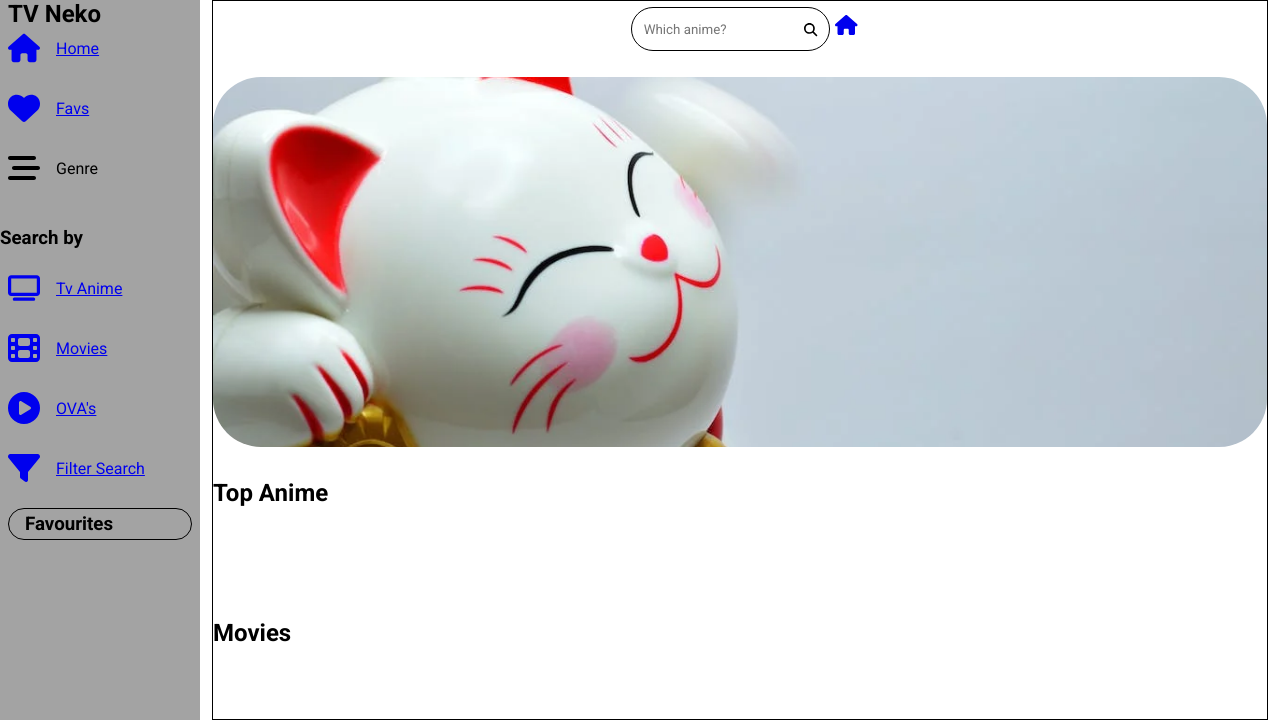
Repository: OwenMargiela/AnimeDatabse
Page: /
An editor plug-in stored every save of this project. The page is shown before and after the next save, followed by the edit.
The browser window is 1280 px wide. The pictures show the whole page.
The page's requests for data from a server got no answer. An inner scrolling area shows only its first screen. The project was rebuilt for these pictures with package versions that can differ from the ones it lists, and the page was loaded fresh each time. No one was signed in, and anything a server would have sent is missing. Also part of the build but not shown: src/Components/AnimeContainer.jsx, src/Pages/AnimePage/AnimePage.jsx, src/Components/Score.css, src/Components/Score.jsx, src/Components/AnimeDescription.jsx, src/Pages/AnimePage/AnimeInfo.jsx, src/Pages/AnimePage/AnimeGenre.jsx, src/Pages/FavouritesPage/Favourites.css and 7 more.

Above is the page before, as saved 2023-01-26 14:16:39.

### public/index.html
<!DOCTYPE html>
<html lang="en">
  <head>
    <meta charset="utf-8" />
    <link rel="icon" href="%PUBLIC_URL%/favicon.ico" />
    <meta name="viewport" content="width=device-width, initial-scale=1" />
    <meta name="theme-color" content="#000000" />
    <meta
      name="description"
      content="Web site created using create-react-app"
    />
    <link rel="apple-touch-icon" href="%PUBLIC_URL%/logo192.png" />
    <!--
      manifest.json provides metadata used when your web app is installed on a
      user's mobile device or desktop. See https://developers.google.com/web/fundamentals/web-app-manifest/
    -->
    <link rel="manifest" href="%PUBLIC_URL%/manifest.json" />
    <!--
      Notice the use of %PUBLIC_URL% in the tags above.
      It will be replaced with the URL of the `public` folder during the build.
      Only files inside the `public` folder can be referenced from the HTML.

      Unlike "/favicon.ico" or "favicon.ico", "%PUBLIC_URL%/favicon.ico" will
      work correctly both with client-side routing and a non-root public URL.
      Learn how to configure a non-root public URL by running `npm run build`.
    -->
    <title>TV Neko</title>
  </head>
  <body>
    <noscript>You need to enable JavaScript to run this app.</noscript>
    <div id="root"></div>
    <!--
      This HTML file is a template.
      If you open it directly in the browser, you will see an empty page.

      You can add webfonts, meta tags, or analytics to this file.
      The build step will place the bundled scripts into the <body> tag.

      To begin the development, run `npm start` or `yarn start`.
      To create a production bundle, use `npm run build` or `yarn build`.
    -->
  </body>
</html>

### src/index.js
import React from 'react';
import ReactDOM from 'react-dom/client';
import './index.css';
import App from './App';
import reportWebVitals from './reportWebVitals';
import { library } from '@fortawesome/fontawesome-svg-core';
import { faSearch,faStarHalfAlt,faStar,faHouse,faTv,faFilm,faBarsStaggered, faCirclePlay,faHeart,faCalendarDays,faX,faFilter,faArrowRight,faBars} from '@fortawesome/free-solid-svg-icons';

library.add(faSearch,faStarHalfAlt,faStar,faHouse,faTv,faFilm,faBarsStaggered, faCirclePlay,faHeart,faCalendarDays,faX,faFilter,faArrowRight,faBars)
const root = ReactDOM.createRoot(document.getElementById('root'));
root.render(
    <App />
);

// If you want to start measuring performance in your app, pass a function
// to log results (for example: reportWebVitals(console.log))
// or send to an analytics endpoint. Learn more: https://bit.ly/CRA-vitals
reportWebVitals();

### src/index.css
@import url('https://fonts.googleapis.com/css2?family=Roboto:ital,wght@0,100;0,400;0,500;0,700;0,900;1,100;1,700&display=swap');
*{
  margin: 0;
  padding: 0;
  box-sizing: border-box;
  font-family: 'Roboto',sans-serif;
}

### src/App.js
import { BrowserRouter as Router, Routes, Route, Link } from "react-router-dom";
import "./App.css";

import Home from "./Pages/HomePage/Home";
import AnimePage from "./Pages/AnimePage/AnimePage.jsx";
import AnimeInfo from "./Pages/AnimePage/AnimeInfo";
import { useEffect, useState } from "react";
import axios from "axios";
import { FontAwesomeIcon } from "@fortawesome/react-fontawesome";
import AnimeGenre from "./Pages/AnimePage/AnimeGenre";
import Favourites from "./Pages/FavouritesPage/Favourites";
import Sidebar from "./Components/Sidebar";
import Movies from "./Pages/AnimePage/Movies";

import OVA from "./Pages/AnimePage/OVA";
import TvAnime from "./Pages/AnimePage/TvAnime";
import FilterSearch from "./Pages/AnimePage/FilterSearch";

function App() {
  const [animes, setAnimes] = useState();
  const [valueSearch, setValueSearch] = useState();
  const [favourites, setFavourites] = useState([]);
  const [genres, setGenre] = useState([]);

  function sendToFavourites(info) {
    setFavourites([...favourites, info]);
  }

  function removeFromFavourites(anime) {
    setFavourites(
      favourites.filter((favourite) => favourite.mal_id !== anime.mal_id)
    );
    console.log(favourites);
  }

  async function fetchAnime(valueSearch) {
    if (valueSearch) {
      const { data } = await axios.get(
        `https://api.jikan.moe/v4/anime?q=${valueSearch}&sfw`
      );
      setAnimes(data.data);
    }
  }

  useEffect(()=>{
    async function getGenre(){
      const {data} = await axios.get(`https://api.jikan.moe/v4/genres/anime`)
      setGenre(data.data)
    }
    getGenre()
    setTimeout(()=>{
      console.log(genres)
    },300)
  },[])

  console.log(animes)

  function fetchBySearch() {
    fetchAnime(valueSearch);
  }
  return (
    <Router>
      <div className="App">
        <div className="sidebar">
          <Sidebar genres={genres} favourites={favourites}></Sidebar>
        </div>
        <div className="main">
          <nav className="nav">
            <div className="bars__icon" >
          <FontAwesomeIcon icon="fa-solid fa-bars" />

            </div>
            <form>
              <div className="search__container">
                <input
                  placeholder="Which anime?"
                  onKey
                  type="text"
                  value={valueSearch}
                  onChange={(event) => setValueSearch(event.target.value)}
                />
                <Link to="/anime">
                  <button type="submit" onClick={() => fetchBySearch()}>
                    <FontAwesomeIcon icon="fa-search"></FontAwesomeIcon>
                  </button>
                </Link>
              </div>
            </form>
            <div className="home__icon">
              <Link to="/">
                <FontAwesomeIcon icon="fa-house"></FontAwesomeIcon>
              </Link>
            </div>
          </nav>

          <Routes>
            <Route path="/" element={<Home></Home>}></Route>
            <Route
              path="/favourites"
              element={
                <Favourites
                  removeFromFavourites={removeFromFavourites}
                  favourites={favourites}
                ></Favourites>
              }
            ></Route>
            <Route
              path="/anime"
              element={<AnimePage animes={animes}></AnimePage>}
            ></Route>
            <Route
              path=":id/:id"
              element={
                <AnimeInfo
                  favourites={favourites}
                  sendToFavourites={sendToFavourites}
                  animes={animes}
                ></AnimeInfo>
              }
            ></Route>
            <Route path="/:id" element={<AnimeGenre></AnimeGenre>}></Route>
            <Route path="/TV" element={<TvAnime></TvAnime>}></Route>
            <Route path="/Movies" element={<Movies></Movies>}></Route>
            <Route path="/Ova's" element={<OVA></OVA>}></Route>
            <Route path="/filter" element={<FilterSearch genres={genres} ></FilterSearch>}></Route>
          </Routes>
        </div>
      </div>
    </Router>
  );
}

export default App;

### src/App.css
::-webkit-scrollbar {
  display: none;
}

.App {
  display: flex;
  justify-content: space-between;
  height: 100vh;
  min-height: 500px;
  width: 100%;
  /* overflow-y: hidden; */
}

nav {
  position: sticky;
  top: 0;
  display: flex;
  align-items: center;
  justify-content: center;
  margin-bottom: 1.75rem;
  padding: 0.75em 1.25em;
  width: 100%;
  height: 3em;
}


.main {
  margin: 0 0.75em ;
  border: 1px solid black;
  overflow-y: scroll;
  width: 100%;
}

.sidebar {
  max-width: 250px;
  min-width: 200px;
  border: 1px solid black;
  background-color: rgb(190, 190, 190);
}

.landinImageContainer {
  width: 100%;
  height: 370px;
  margin: 0 auto;
}

.landinImageContainer img {
  height: 100%;
  border-radius: 3rem;
  width: 100%;
  object-fit: cover;
}

.home__icon,
.bars__icon {
  font-size: 1.25rem;
}

.bars__icon {
  display: none;
}

.home__icon {
  margin-left: 0.8rem;
}

.search__container {
  display: flex;
  align-items: center;
  justify-content: center;
  width: 100%;
  margin-top: 0.5em;
  margin-left: 0.5em;
  height: 2.75em;
  padding: 0 0.75em;
  border-radius: 2rem;
  border: 1px solid black;
}

.search__container input {
  width: 100%;
  border: none;
  outline: none;
  background: none;
}

.search__container button {
  background-color: transparent;
  border: none;
  color: none;
  cursor: pointer;
}

.anime__wrapper--container{
  display: flex;
  flex-direction: column;
}

.anime__container{
  display: flex;
  flex-direction: column;
  align-items: center;
  flex-grow: 1;

}

.anime__image{
  border: 1px solid black;
  height: 400px;
  border-radius: 1em;
  min-width: 14rem;
  margin-bottom: 1rem;

}


/* .anime__image{
  border: 1px solid black;
  height: 100%;
  width: 100%;
  object-fit: cover;
  flex-grow: 1;
  margin-right: 1.25em;
  margin-bottom: 1.25em;
} */
.mainBody{
  margin: 2em 0;
  /* border: 1px solid black; */
}

@media screen and (max-width: 700px) {
  .sidebar {
    display: none;
  }
  .bars__icon {
    display: block;
  }
}
@media screen and (min-width: 480px) {
  .anime__wrapper{
    display: flex;
    flex-wrap: wrap;
    justify-content: space-between;
    margin-bottom: 7rem;

  }
}
@media screen and (max-width: 480px) {
  .anime__wrapper{
    display: flex;
    flex-direction: column;
    align-items: center;

  }
}

### src/Pages/HomePage/Home.jsx
import React, { useEffect, useState } from "react";
import neko from "./assets/neko.webp";
import axios from "axios";
import AnimeContainer from "../../Components/AnimeContainer";
import { Link } from "react-router-dom";
function Home() {
  const [top, setTop] = useState();
  const [movies, setMovies] = useState();
  const [adventure, setAdventure] = useState();

  useEffect(() => {
    async function getFrontPage() {
      const { data: top } = await axios.get(
        "https://api.jikan.moe/v4/top/anime"
      );
      setTop(top.data.slice(0, 12));

      const { data: movie } = await axios.get(
        "https://api.jikan.moe/v4/anime?type=movie"
      );
      setMovies(movie.data.slice(0, 6));

      const { data: adventure } = await axios.get(
        "https://api.jikan.moe/v4/anime?genres=2&order_by=score&sort=desc"
      );
      setAdventure(adventure.data.slice(0, 6));
    }
    getFrontPage();
  }, []);

  return (
    <div className="Home">
      <div className="landinImageContainer">
        <img src={neko} alt="" />
      </div>
      <div className="mainBody">
        <div className="anime__wrapper--container">
          <h2>Top Anime</h2>
          <div className="anime__wrapper">
            {top?.slice(0, 6).map((anime) => (
              <Link to={`anime/${anime.mal_id}`}>
                <AnimeContainer anime={anime}></AnimeContainer>
              </Link>
            ))}
          </div>
        </div>

        <div className="anime__wrapper--container">
          <h2>Movies</h2>
          <div className="anime__wrapper">
            {movies?.map((anime) => (
              <Link to={`anime/${anime.mal_id}`}>
                <AnimeContainer anime={anime}></AnimeContainer>
              </Link>
            ))}
          </div>
        </div>

        <div className="anime__wrapper--container">
          <h2>Adventure Anime</h2>
          <div className="anime__wrapper">
            {adventure?.map((anime) => (
              <Link to={`anime/${anime.mal_id}`}>
                <AnimeContainer anime={anime}></AnimeContainer>
              </Link>
            ))}
          </div>
        </div>
      </div>
    </div>
  );
}

export default Home;

### src/Components/Sidebar.jsx
import { FontAwesomeIcon } from "@fortawesome/react-fontawesome";
import React from "react";
import "./Sidebar.css";
import { Link } from "react-router-dom";
import { useState } from "react";

function Sidebar({ favourites, genres }) {
  const [genreToggle, setGenreToggle] = useState(false);
  function toggleGenre() {
    genreToggle === false ? setGenreToggle(true) : setGenreToggle(false);
  }

  return (
    <>
      <div className="sidebar">
        <div className="sidebar__head">
          <h2>TV Neko</h2>
        </div>
        <ul className="sidebar__list">
          <Link to="/">
            <li className="sidebar__list--item">
              <FontAwesomeIcon
                className="sidebar__list--item-icon"
                icon="fa-solid fa-house"
              ></FontAwesomeIcon>
              <p>Home</p>
            </li>
          </Link>

          <Link to="/favourites">
            <li className="sidebar__list--item">
              <FontAwesomeIcon
                className="sidebar__list--item-icon"
                icon="fa-solid fa-heart"
              ></FontAwesomeIcon>
              {favourites.length > 0 && <span>{favourites.length}</span>}
              <p>Favs</p>
            </li>
          </Link>
          <li
            onClick={() => toggleGenre()}
            className="sidebar__list--item sidebar__list--item-genre"
          >
            <div className="icon__para">
              <FontAwesomeIcon
                className="sidebar__list--item-icon"
                icon="fa-solid fa-bars-staggered"
              />
              <p>Genre</p>
            </div>
            <li className="genres">
              <div className={`${genreToggle} || Sidebar__genres`}>
                {genres
                  ?.filter(
                    (genres) =>
                      genres.mal_id !== 28 &&
                      genres.mal_id !== 26 &&
                      genres.mal_id !== 9
                  )
                  .slice(0, 8)
                  .map((genre) => (
                    <Link to={`/${genre.mal_id}`}>
                      <div className="sidebar__genre">
                        <p>{genre.name}</p>
                      </div>
                    </Link>
                  ))}
                  <Link to="/filter" >
                <p className="view__all-btn">
                  view all{" "}
                  <FontAwesomeIcon icon="fa-solid fa-arrow-right"></FontAwesomeIcon>
                </p>
                  </Link>
              </div>
            </li>
          </li>

          <br />
          <h3>
            Search by
          </h3>
          <br />
          <Link to="/TV">
            <li className="sidebar__list--item">
              <FontAwesomeIcon
                className="sidebar__list--item-icon"
                icon="fa-solid fa-tv"
              />
              <p>Tv Anime</p>
            </li>
          </Link>
          <Link to="/Movies">
            <li className="sidebar__list--item">
              <FontAwesomeIcon
                className="sidebar__list--item-icon"
                icon="fa-solid fa-film"
              />
              <p>Movies</p>
            </li>
          </Link>
          <Link to="/Ova's">
            <li className="sidebar__list--item">
              <FontAwesomeIcon
                className="sidebar__list--item-icon"
                icon="fa-solid fa-circle-play"
              />
              <p>OVA's</p>
            </li>
          </Link>
          <Link to="/filter">
            <li className="sidebar__list--item">
              <FontAwesomeIcon
                className="sidebar__list--item-icon"
                icon="fa-solid fa-filter"
              />
              <p>Filter Search</p>
            </li>
          </Link>
        </ul>

        <div className="Favourite">
          <h3>Favourites</h3>
          <ul className="favourites__list">
            {favourites?.slice(0, 5).map((anime) => (
              <Link to={`/favourites`}>
                <li className="favourites__list--item" key={anime.mal_id}>
                  {anime.title}
                </li>
              </Link>
            ))}
          </ul>
        </div>
      </div>
    </>
  );
}

export default Sidebar;

### src/Components/Sidebar.css
li{
    list-style-type: none;
}

.sidebar{
    border: none;
    background-color: #a3a3a3;
    padding-bottom: 200px;
    overflow-y: hidden;
}
.sidebar__head{
    display: flex;
    flex-direction: column;
    margin-left: 8px;
}

.sidebar__head--img{
    width: 50%;
    object-fit: cover;
    border-radius: 50%;
}



.sidebar__list--item,
.favourites__list--item{
    display: flex;
    align-items: center;
    margin-bottom: 20px;
    width: 90%;
    padding: 4px 8px;
    border-radius: 1rem;
    transition: all 300ms ease;
    cursor: pointer;

}
.sidebar__list--item-icon{
    height: 32px;
    width: 32px;
}

.sidebar__list--item p{
    margin-left: 16px;

}
.sidebar__list--item span{
    display: flex;
    justify-content: center;
    align-items: center;
    width: 16px;
    height: 16px;
    transform: translate(-10px,10px);
    background-color: rgb(231, 231, 231);
    color: rgb(71, 71, 71) ;
    box-shadow: 0px 0px 15px 1px rgba(235, 235, 235, 0.45);
    border-radius: 50%;

}


.sidebar__list--item:hover,
.favourites__list--item:hover{
    transform: translateX(5px);
    background-color: rgb(231, 231, 231);
    color: rgb(71, 71, 71) ;
    box-shadow: 0px 0px 15px 1px rgba(235, 235, 235, 0.45);
}
.Sidebar__genres{
    display: flex;
    flex-direction: column;
    flex-wrap: wrap;
    /* visibility: hidden; */
    height: 4px;
    transition: all 200ms ease;

}
.true{
    visibility: visible;
    height: 250px;
}
.true .sidebar__genre{
    display: flex;
    align-items: center;
    padding: 2px 6px;
    border: 1px solid black;
    border-radius: 20px;
    transition: all 300ms;

}
.true .sidebar__genre:hover{
    transform: translateX(15px);
}
.true .view__all-btn {
    display: block;
}
.view__all-btn{
    display: none;
    transform: translate(-16px,10px)
}
.sidebar__genre{
    display: none;
    width: 150px;
    font-size: 12px;
    margin-top: 4px;
}
.sidebar__list--item-genre{
    display: flex;
    flex-direction: column;
    align-items: flex-start;
    padding-bottom: 0px;
}
.icon__para{
    display: flex;
    align-items: center;
}

.Favourite{
    margin-left: 8px;
    margin-right: 8px;
    padding: 4px 16px;
    border: 1px solid black;
    border-radius: 16px;
    /* min-height: 250px;
    height: 250px; */
}
.favourites__list--item{
    margin-bottom: 8px;
    padding: 3px 12px;
}

@media screen and (max-width: 600px) {

        .sidebar{display: none;}

}

Loaded but not shown: src/reportWebVitals.js (common file)

After the next save:
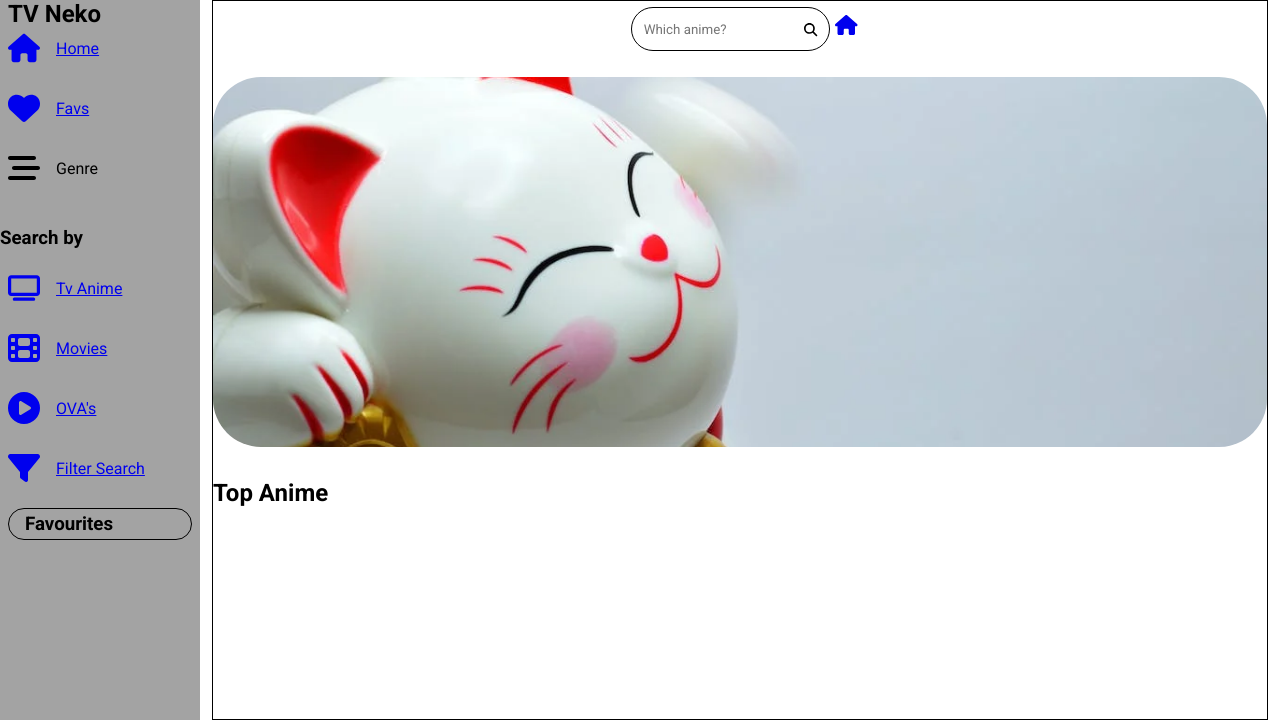
Saved 27 s later.
--- a/src/App.css
+++ b/src/App.css
@@ -106,7 +106,6 @@
 
 .anime__image{
   border: 1px solid black;
-  height: 400px;
   border-radius: 1em;
   min-width: 14rem;
   margin-bottom: 1rem;
@@ -142,6 +141,7 @@
     flex-wrap: wrap;
     justify-content: space-between;
     margin-bottom: 7rem;
+    height: 400px;
 
   }
 }
